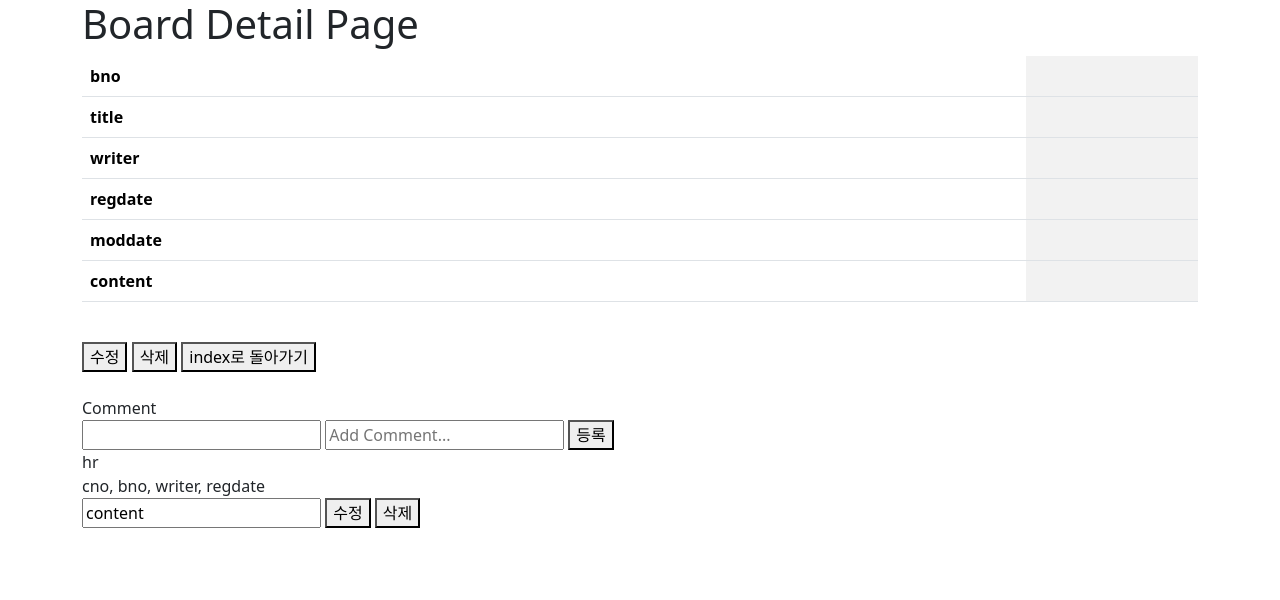
Repository: gajami-kim/240430_JSPJSTL_Study
Page: http://localhost/jsp_study2/board/detail.jsp
These files come from the project's save history. The page is drawn as it stood at one moment and after the next save; the edit follows.
The browser window is 1280 px wide. The pictures show the whole page.
The page is served by Tomcat 9. The template is opened directly, without the code that normally fills it, so the values that code supplies are empty.

Above is the page before, as saved 2024-04-19 08:12:32.

After the next save:
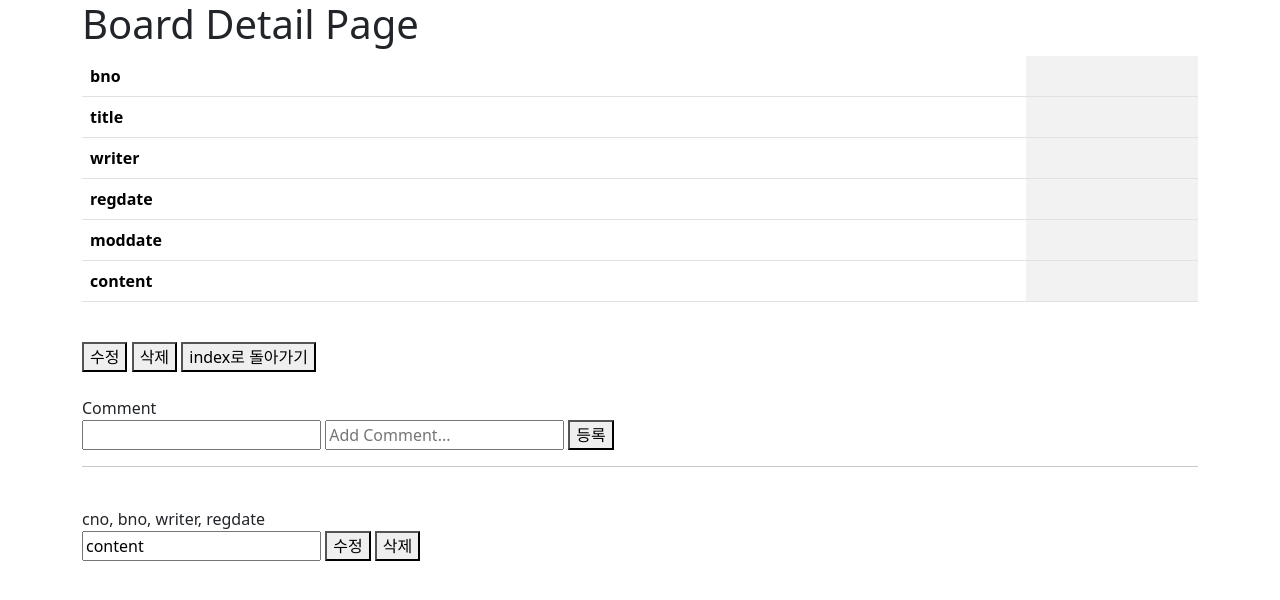
Saved 7 s later.
--- a/_jsp_workspace2/jsp_study2/src/main/webapp/board/detail.jsp
+++ b/_jsp_workspace2/jsp_study2/src/main/webapp/board/detail.jsp
@@ -53,7 +53,7 @@
 		<input type="text" id="cmtText" placeholder="Add Comment...">
 		<button id="cmtAddBtn">등록</button>
 	</div>
-	hr
+	<hr> <br>
 	<!-- 출력 -->
 	<div id="commentLine">
 		<div>
